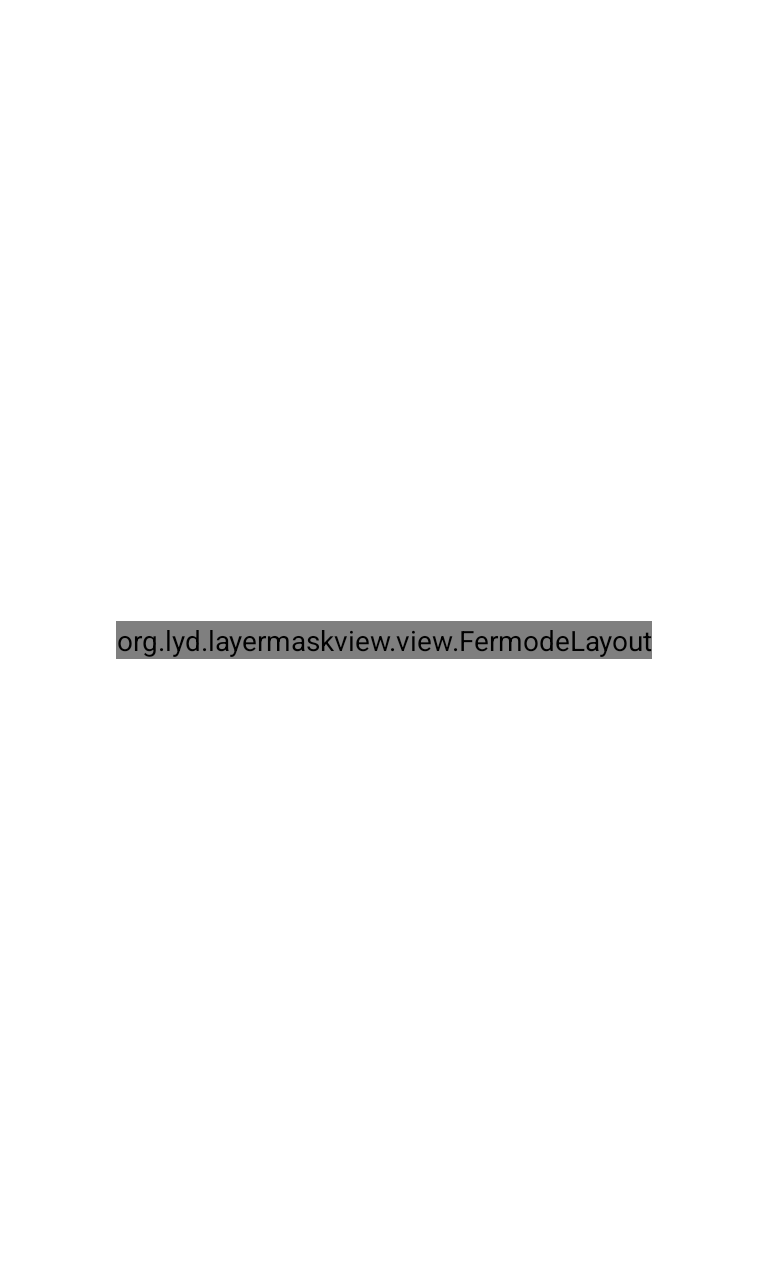
Repository: luoyidong/Fermode-android
Layout: LayerMaskView/res/layout/activity_main.xml
These files come from the project's save history. The layout is drawn as it stood at one moment and after the next save; the edit follows.
Pictures or frames that could not be fetched are drawn as grey boxes. It is drawn on a 768 x 1280 px phone screen (xhdpi) without system bars, with theme AppTheme; the app's code is not run.

Above is the layout before, as saved 2015-01-28 13:59:46.

### LayerMaskView/res/layout/activity_main.xml
<RelativeLayout xmlns:android="http://schemas.android.com/apk/res/android"
    xmlns:tools="http://schemas.android.com/tools"
    android:layout_width="match_parent"
    android:layout_height="match_parent"
    android:gravity="center"
    tools:context=".MainActivity" >

    <org.lyd.layermaskview.view.FermodeLayout
        android:id="@+id/fermode"
        android:layout_width="wrap_content"
        android:layout_height="wrap_content" >

        <ImageView
            android:layout_width="wrap_content"
            android:layout_height="wrap_content"
            android:src="@drawable/ic_launcher" />
    </org.lyd.layermaskview.view.FermodeLayout>

</RelativeLayout>

Loaded but not shown: LayerMaskView/res/values/styles.xml (common file); LayerMaskView/res/values-v11/styles.xml (common file); LayerMaskView/res/values-v14/styles.xml (common file)

After the next save:
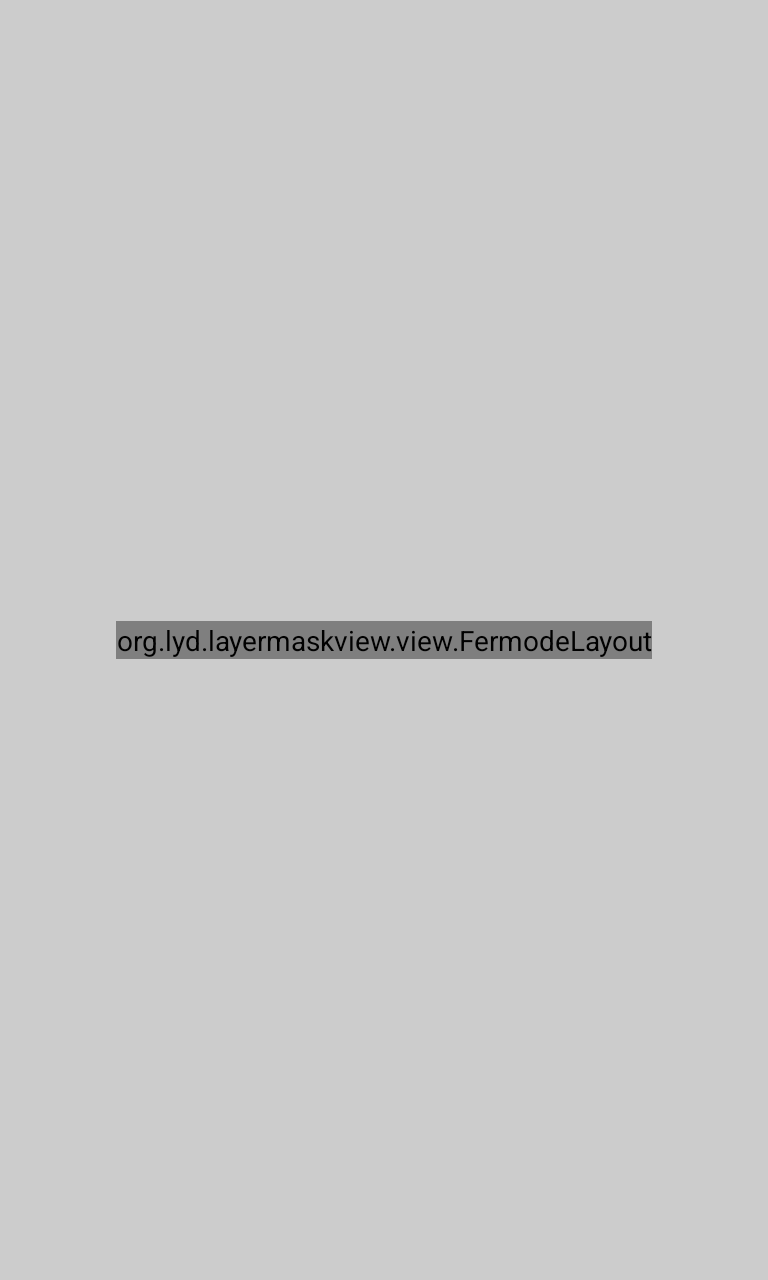
Saved 13 s later.
--- a/LayerMaskView/res/layout/activity_main.xml
+++ b/LayerMaskView/res/layout/activity_main.xml
@@ -2,6 +2,7 @@
     xmlns:tools="http://schemas.android.com/tools"
     android:layout_width="match_parent"
     android:layout_height="match_parent"
+    android:background="#cccccc"
     android:gravity="center"
     tools:context=".MainActivity" >
 
